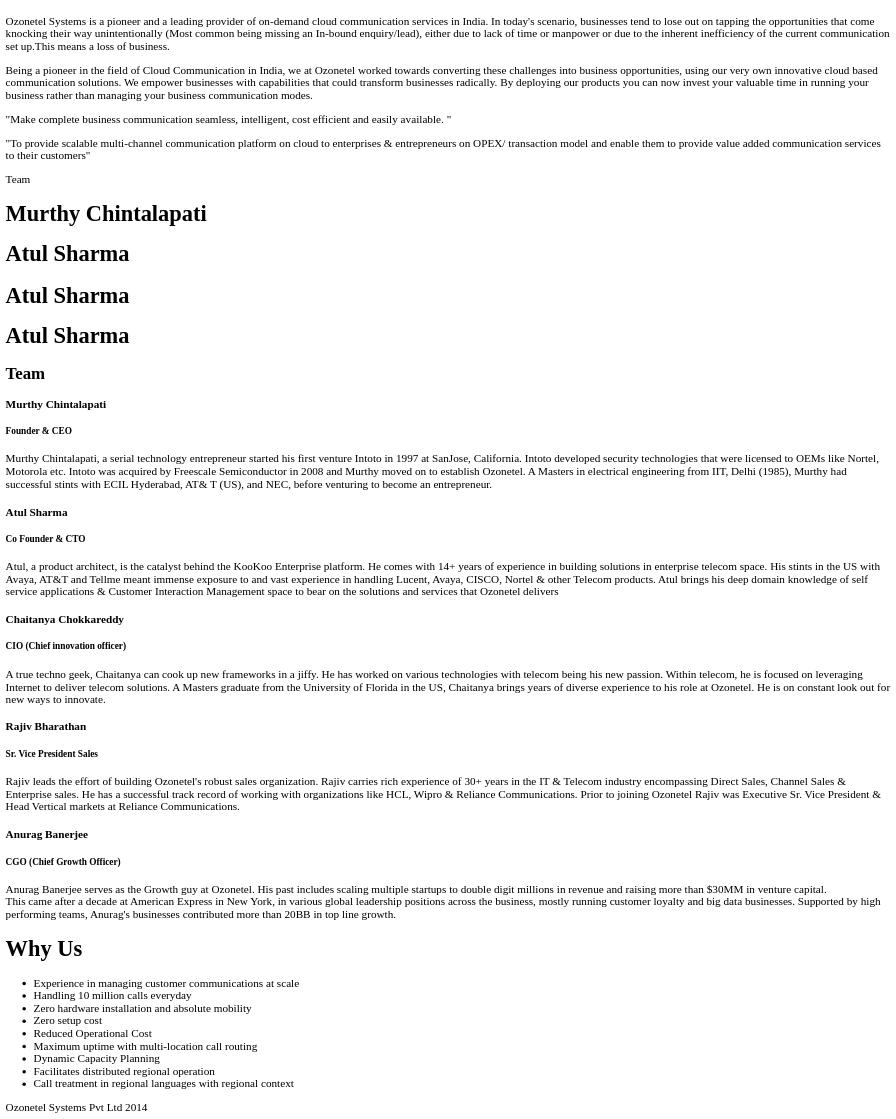
Repository: ashutosh238/ozonetelblogsite
Page: OzonetelBlogSiteFrontEnd/Web/c_aboutUs/AboutUs.html
These files come from the project's save history. The page is drawn as it stood at one moment and after the next save; the edit follows.
The browser window is 1280 px wide. The pictures show the part of the page from y = 479 to 2399 px (the page is 2078 px tall before and 3686 px after), at 70% of full size.

Above is the page before, as saved 2019-01-08 11:19:18.

### OzonetelBlogSiteFrontEnd/Web/c_aboutUs/AboutUs.html
<div id="slider">
		<div class="container">
			<div class="row header">
				<div class="col-md-12">
				<h3>Ozonetel Systems</h3>
				<br>
				<br><br><br>
				<br><br>
					<div>
						Leading provider of cloud communication services providing contact center solutions, IVR solutions and Missed call services
					</div>

				</div>
			</div>
			<div id="info">
				<div class="row stats">
					<div class="col-sm-2">
						<strong>1000+</strong><br/>
						customers
					</div>
					<div class="col-sm-2">
						<strong>4000+</strong><br/>
						developers on KooKoo
					</div>
					<div class="col-sm-2">
						<strong>2 Billion</strong><br/>
						Calls
					</div>
					<div class="col-sm-2">
						<strong>226</strong><br/>
						Telecom Operator Connections
					</div>
					<div class="col-sm-2">
						<strong>4 billion</strong>
						 Total Addressable Connections
					</div>
					<div class="col-sm-2">
						<strong>150+</strong>
						<br/>Countries covered</div>
				</div>
			</div>

	<div id="info">
		<div class="container">
			<div class="row">
				<div class="col-md-6">
					<h1>Company</h1>
				</div>
				<div class="col-md-6">
					<h2>Vision/Mission</h2>
				</div>
			</div>
			<div class="row">
				<div class="col-md-6">
					<p>
						Ozonetel Systems is a pioneer and a leading provider of on-demand cloud communication services in India.
						In today's scenario, businesses tend to lose out on tapping the opportunities that come knocking their
						way unintentionally (Most common being missing an In-bound enquiry/lead),
						either due to lack of time or manpower or due to the inherent inefficiency of the current
						communication set up.This means a loss of business.
					</p>
					<p>
						Being a pioneer in the field of Cloud Communication in India,
						we at Ozonetel worked towards converting these challenges into business opportunities,
						using our very own innovative cloud based communication solutions.
						We empower businesses with capabilities that could transform businesses radically.
						By deploying our products you can now invest your valuable time in running your business rather
						than managing your business communication modes.
					</p>
				</div>
				<div class="col-md-6">
					<!--<p>Vision</p>-->
					<p>
						"Make complete business communication seamless,
 intelligent, cost efficient and easily available.
"
					</p>
					<!--<p>Mission</p>-->
					<p>"To provide scalable multi-channel
						communication platform on cloud to
						enterprises &
						entrepreneurs on OPEX/
						transaction model and enable
						them to provide value
						added communication services to their
						customers"
					</p>
				</div>
			</div>
			<h>Team</h>

		<div id="info">
		<div class="container">
			<div class="row">
				<div class="col-md-6">
					<h1>Murthy Chintalapati</h1>
				</div>
				<div class="col-md-6">
					<h1>Atul Sharma</h1>
				</div>
				<div class="col-md-6">
					<h1>Atul Sharma</h1>
				</div>
				<div class="col-md-6">
					<h1>Atul Sharma</h1>
				</div>
				</div>
				</div></div>

			<div class="col-md-6 team-row">
					<div class="col-md-6">
						<h2>Team</h2>
					</div>
					<div class="col-md-6">
						<p><h4 class="text-primary">Murthy Chintalapati</h4>
						<h5 class="text-primary">Founder & CEO</h5>
						Murthy Chintalapati, a serial technology entrepreneur started his first venture Intoto in 1997 at
						SanJose, California. Intoto developed security technologies that were licensed to OEMs like Nortel, Motorola etc.
						Intoto was acquired by Freescale Semiconductor in 2008 and Murthy moved on to establish Ozonetel.
						A Masters in electrical engineering from IIT, Delhi (1985), Murthy had successful stints with ECIL Hyderabad,
						AT& T (US), and NEC, before venturing to become an entrepreneur.
					</div></p>

						<h4 class="text-primary">Atul Sharma</h4>
						<h5 class="text-primary">Co Founder & CTO</h5>
					<p>	Atul, a product architect, is the catalyst behind the KooKoo Enterprise platform.
						He comes with 14+ years of experience in building solutions in enterprise telecom space.
						His stints in the US with Avaya, AT&T and Tellme meant immense exposure to and vast experience
						in handling Lucent, Avaya, CISCO, Nortel & other Telecom products.
						Atul brings his deep domain knowledge of self service applications & Customer Interaction Management
						space to bear on the solutions and services that Ozonetel delivers
					</p>
					<div class="col-md-6">
						<h4 class="text-primary">Chaitanya Chokkareddy</h4>
						<h5 class="text-primary">CIO (Chief innovation officer)</h5>
						A true techno geek, Chaitanya can cook up new frameworks in a jiffy.
						He has worked on various technologies with telecom being his new passion.
						Within telecom, he is focused on leveraging Internet to deliver telecom solutions.
						A Masters graduate from the University of Florida in the US, Chaitanya brings years of diverse experience to
						his role at Ozonetel.
						He is on constant look out for new ways to innovate.
					</div>
					<div class="col-md-6">
						<h4 class="text-primary">Rajiv Bharathan</h4>
						<h5 class="text-primary">Sr. Vice President Sales</h5>
						Rajiv leads the effort of building Ozonetel's robust sales organization.
						Rajiv carries rich experience of 30+ years in the IT & Telecom industry encompassing Direct Sales,
						Channel Sales & Enterprise sales. He has a successful track record of working with organizations
						like HCL, Wipro & Reliance Communications. Prior to joining Ozonetel Rajiv was Executive
						Sr. Vice President & Head Vertical markets at Reliance Communications.
					</div>
					<div class="col-md-6">
						<h4 class="text-primary">Anurag Banerjee</h4>
						<h5 class="text-primary">CGO (Chief Growth Officer)</h5>
						Anurag Banerjee serves as the Growth guy at Ozonetel. His past includes scaling multiple startups to double digit millions in revenue and raising more than $30MM in venture capital.<br/>This came after a decade at American Express in New York, in various global leadership positions across the business, mostly running customer loyalty and big data businesses.  Supported by high performing teams,  Anurag's businesses contributed more than 20BB in top line growth.
					</div>
				</div>
			</div>

		</div>
	</div>


	<div id="info">
		<div class="container">
			<div class="row">
					<div class="col-md-12">
						<h1>Why Us</h1>
					</div>
			</div>
			<div class="row">
				<div class="col-md-12">
						<ul>
							<li>Experience in managing customer communications at scale</li>
							<li>Handling 10 million calls everyday</li>
							<li>Zero hardware installation and absolute mobility</li>
							<li>Zero setup cost</li>
							<li>Reduced Operational Cost</li>
							<li>Maximum uptime with multi-location call routing</li>
							<li>Dynamic Capacity Planning</li>
							<li>Facilitates distributed regional operation</li>
							<li>Call treatment in regional languages with regional context</li>
						</ul>
				</div>
			</div>
		</div>
	</div>

	<div id="footer">
		<div class="container">
			<div class="row">
				<div class="col-sm-3 copyright">
					Ozonetel Systems Pvt Ltd 2014
				</div>

				</div>
			</div>
		</div>
	</div>

After the next save:
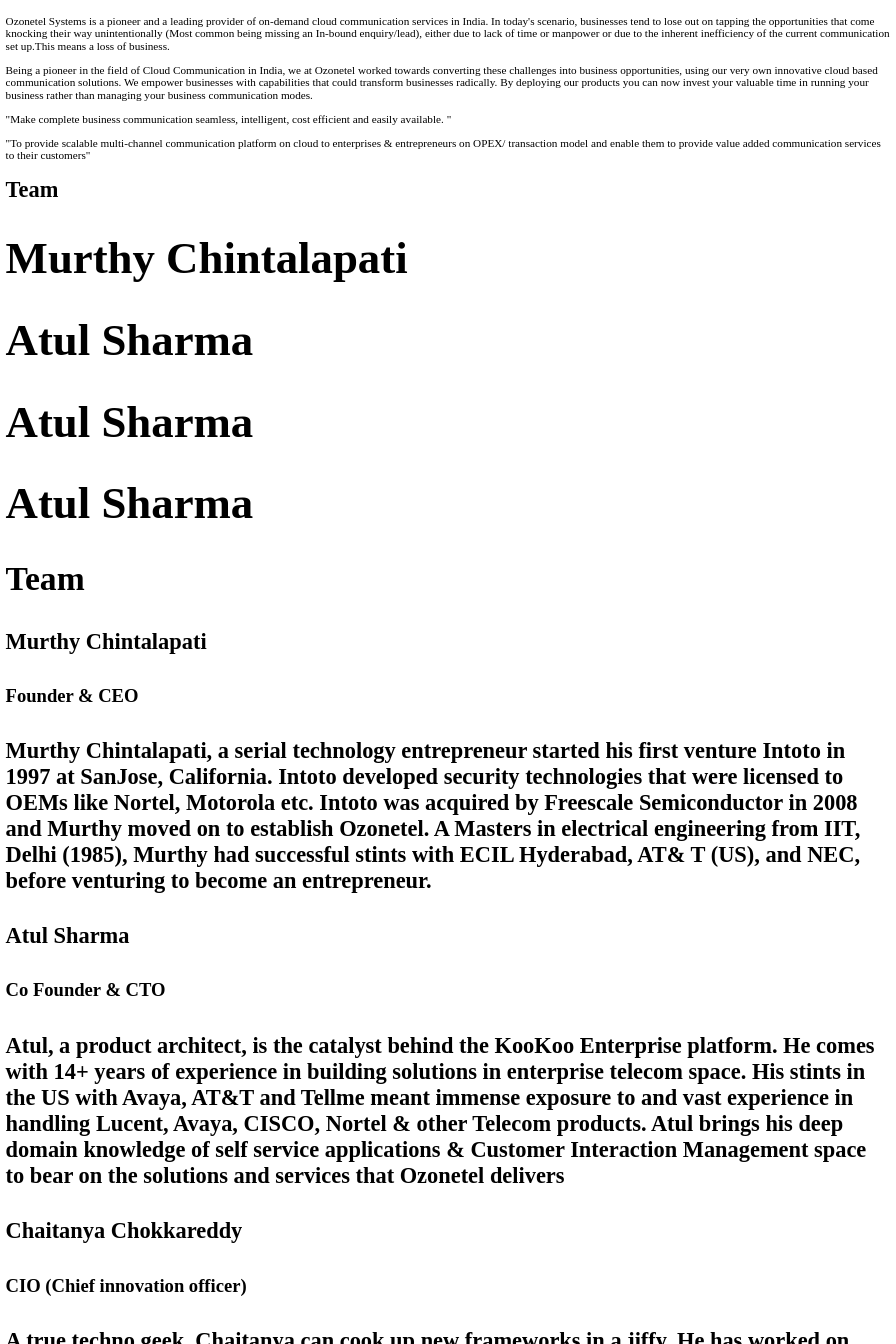
Saved 25 s later.
--- a/OzonetelBlogSiteFrontEnd/Web/c_aboutUs/AboutUs.html
+++ b/OzonetelBlogSiteFrontEnd/Web/c_aboutUs/AboutUs.html
@@ -87,7 +87,7 @@
 					</p>
 				</div>
 			</div>
-			<h>Team</h>
+			<h1>Team</h>
 
 		<div id="info">
 		<div class="container">
